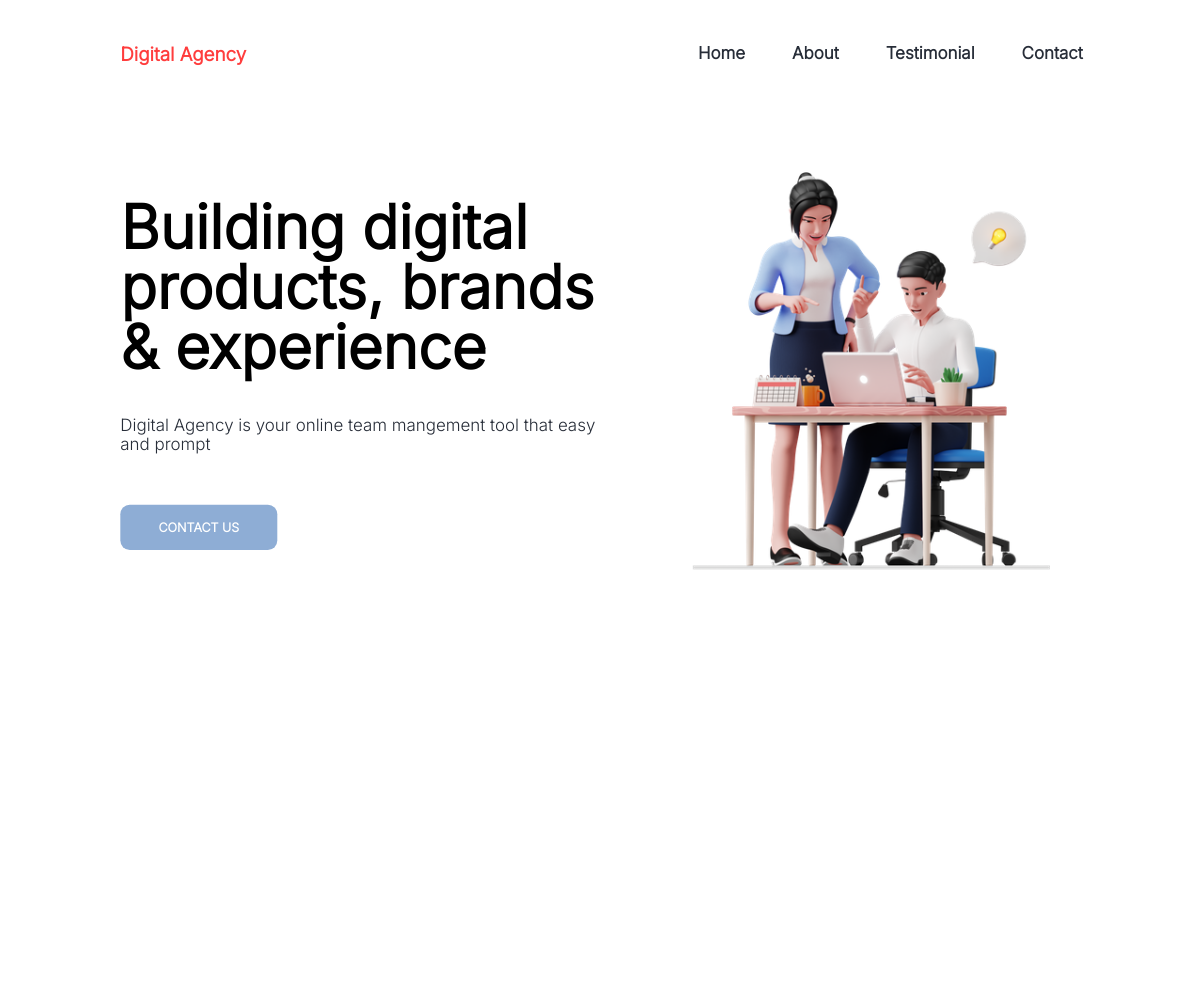
Repository: ThuatDev/fullstack_devc
Page: index.html
The author's editor kept a copy of each file at every save. The page is drawn from the files as they stood at one save, then again after the next save.
The browser window is 1280 px wide. The pictures show the whole page, at 94% of full size.

Above is the page before, as saved 2022-11-09 16:44:05.

After the next save:
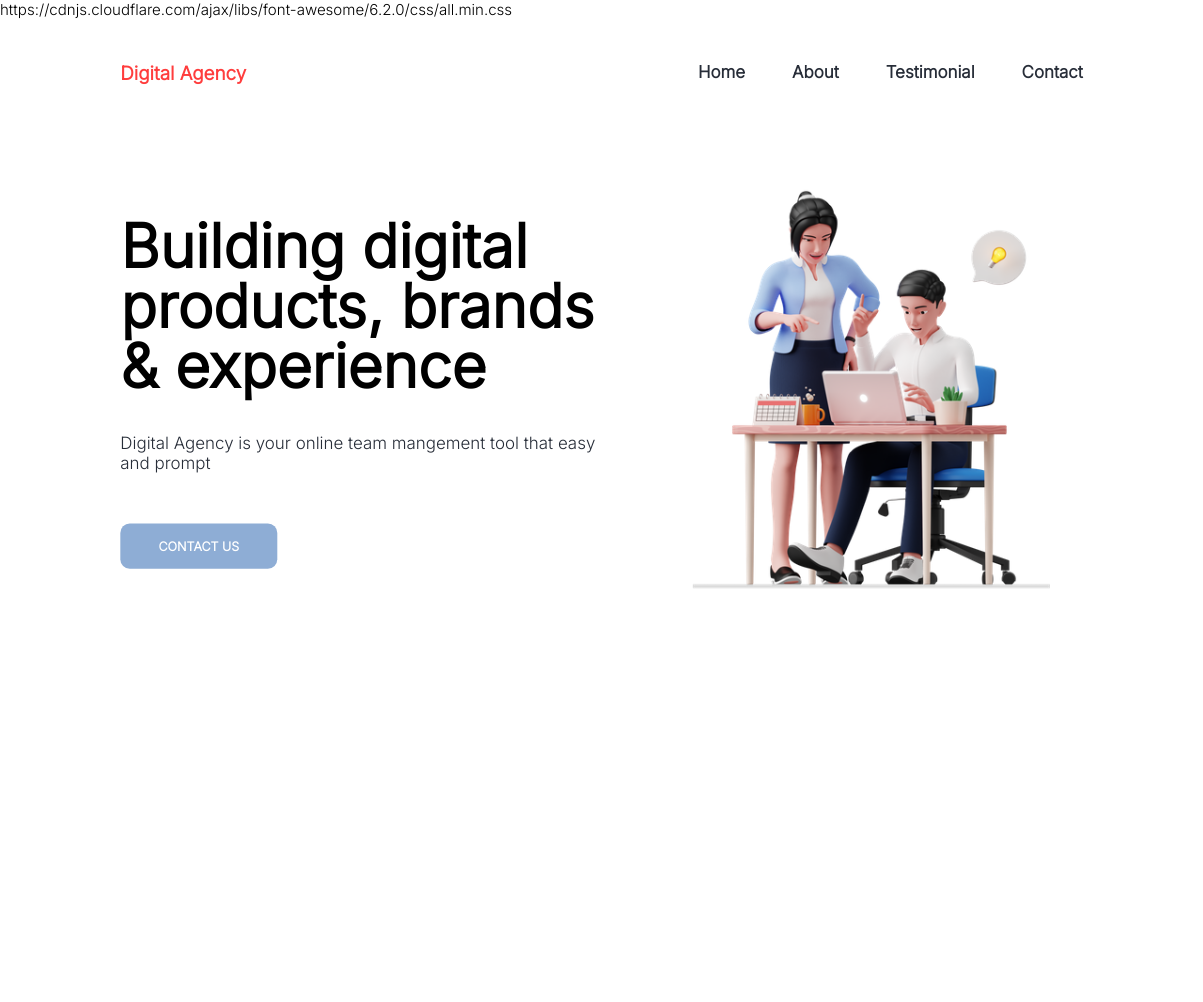
Saved 5 min 12 s later.
--- a/index.html
+++ b/index.html
@@ -4,6 +4,7 @@
     <meta charset="UTF-8" />
     <meta http-equiv="X-UA-Compatible" content="IE=edge" />
     <meta name="viewport" content="width=device-width, initial-scale=1.0" />
+    https://cdnjs.cloudflare.com/ajax/libs/font-awesome/6.2.0/css/all.min.css
     <link rel="stylesheet" href="index.css" />
     <title>Digital Agency</title>
   </head>

After the save that followed:
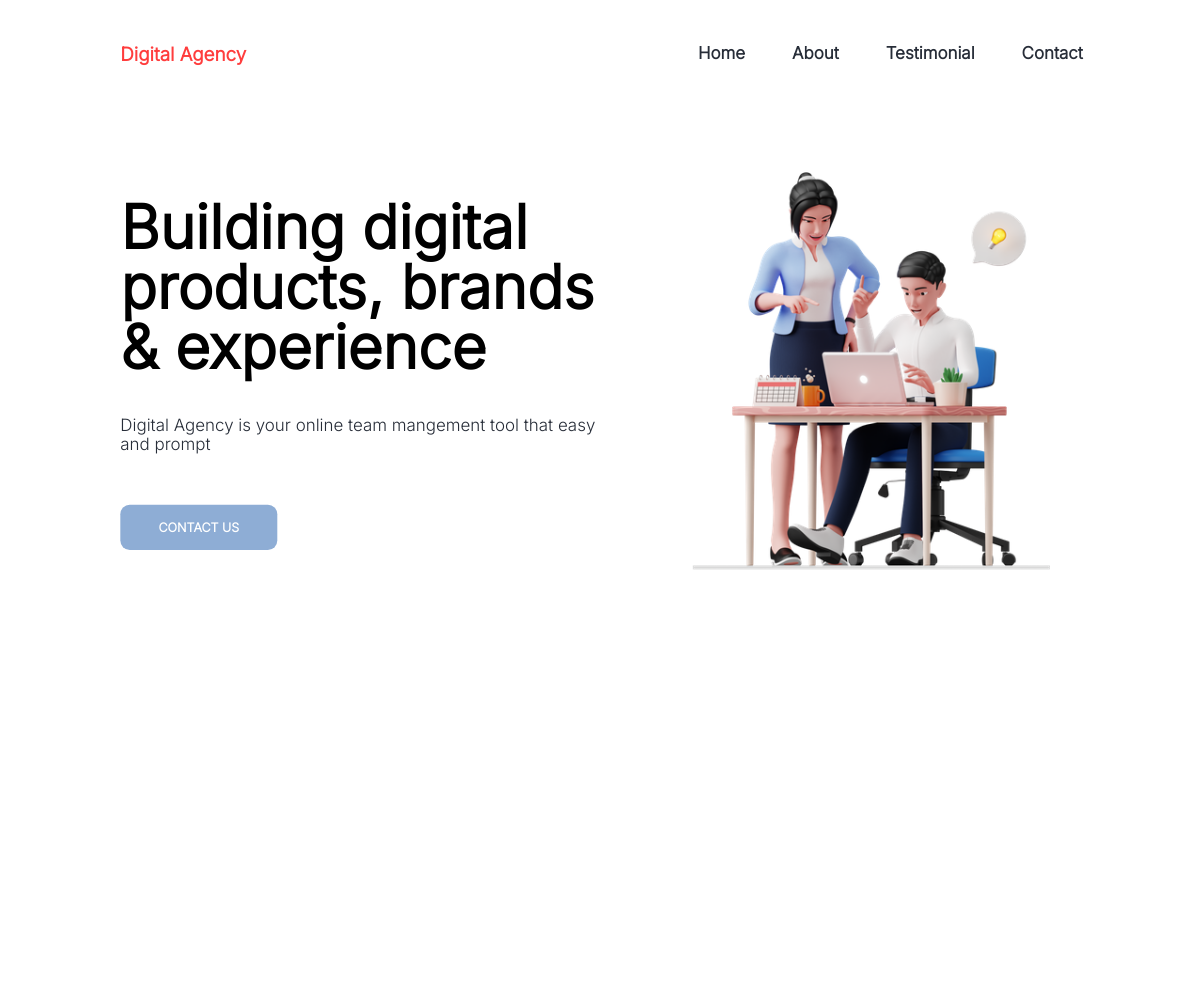
Saved 8 s later.
--- a/index.html
+++ b/index.html
@@ -4,7 +4,13 @@
     <meta charset="UTF-8" />
     <meta http-equiv="X-UA-Compatible" content="IE=edge" />
     <meta name="viewport" content="width=device-width, initial-scale=1.0" />
-    https://cdnjs.cloudflare.com/ajax/libs/font-awesome/6.2.0/css/all.min.css
+    <link
+      rel="stylesheet"
+      href="https://cdnjs.cloudflare.com/ajax/libs/font-awesome/6.2.0/css/all.min.css"
+      integrity="sha512-xh6O/CkQoPOWDdYTDqeRdPCVd1SpvCA9XXcUnZS2FmJNp1coAFzvtCN9BmamE+4aHK8yyUHUSCcJHgXloTyT2A=="
+      crossorigin="anonymous"
+      referrerpolicy="no-referrer"
+    />
     <link rel="stylesheet" href="index.css" />
     <title>Digital Agency</title>
   </head>
